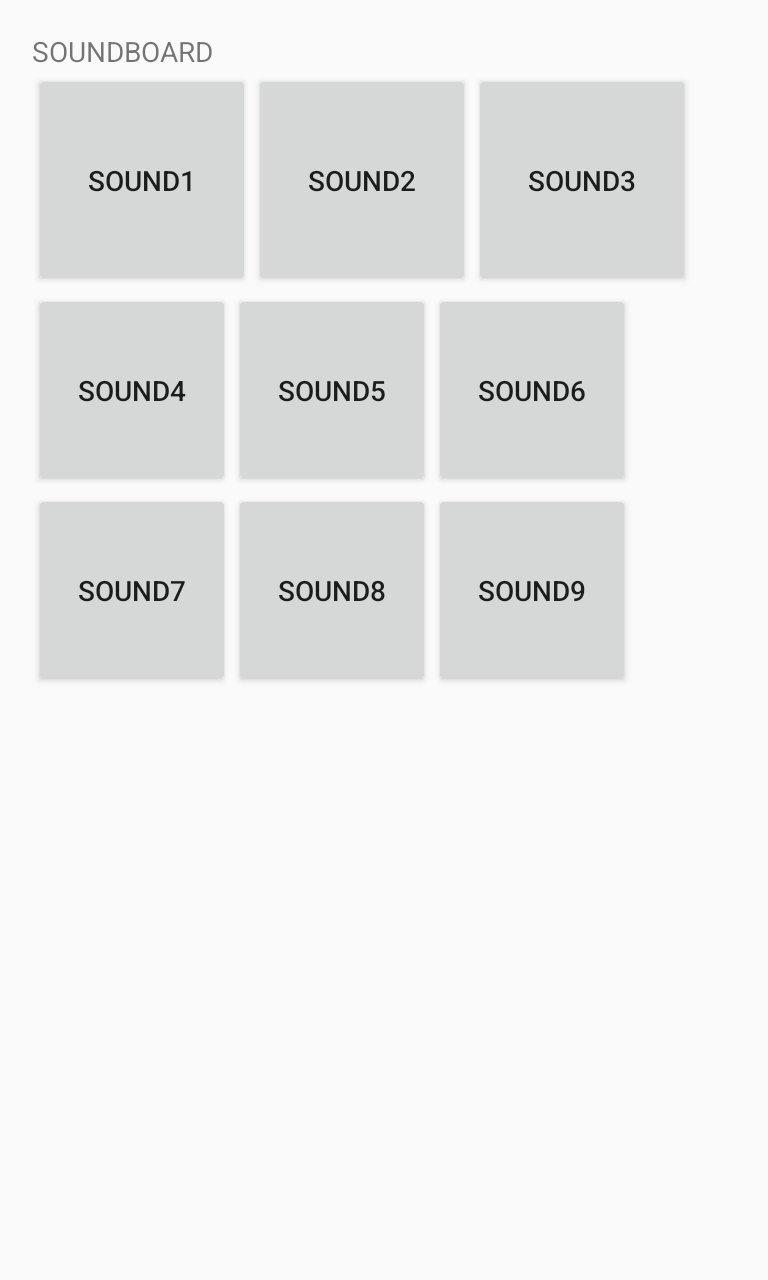
Repository: SoundBoardJAMJ/Project
Layout: workspace/soundtest/res/layout/fragment_main.xml
These files come from the project's save history. The layout is drawn as it stood at one moment and after the next save; the edit follows.
It is drawn on a 768 x 1280 px phone screen (xhdpi) without system bars, with theme AppTheme; the app's code is not run.

Above is the layout before, as saved 2014-04-28 23:25:25.

After the next save:
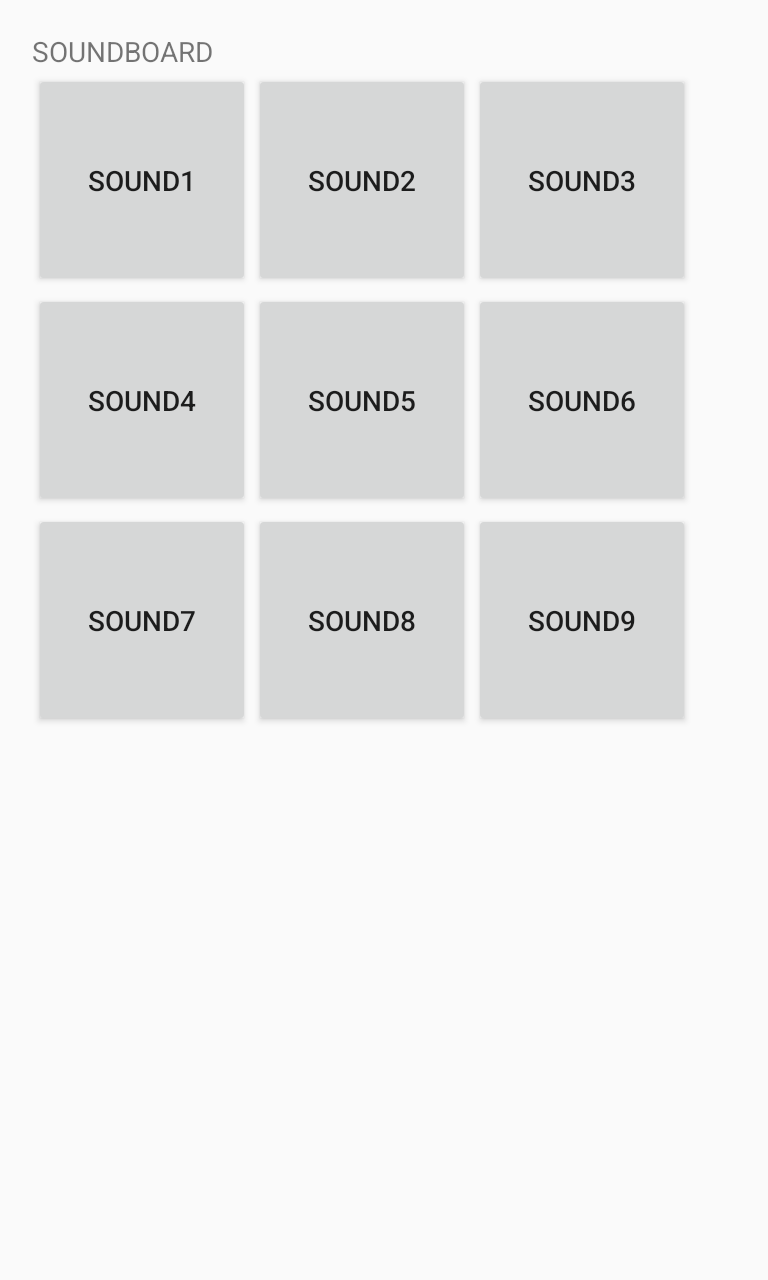
Saved 114 s later.
--- a/workspace/soundtest/res/layout/fragment_main.xml
+++ b/workspace/soundtest/res/layout/fragment_main.xml
@@ -49,8 +49,8 @@ android:layout_height="match_parent" >
 
     <Button
         android:id="@+id/button8"
-        android:layout_width="100dp"
-        android:layout_height="100dp"
+        android:layout_width="110dp"
+        android:layout_height="110dp"
         android:layout_alignBaseline="@+id/button7"
         android:layout_alignBottom="@+id/button7"
         android:layout_toRightOf="@+id/button4"
@@ -59,8 +59,8 @@ android:layout_height="match_parent" >
 
     <Button
         android:id="@+id/button7"
-        android:layout_width="100dp"
-        android:layout_height="100dp"
+        android:layout_width="110dp"
+        android:layout_height="110dp"
         android:layout_below="@+id/button4"
         android:layout_toLeftOf="@+id/button8"
         android:onClick="ButtonOnClick"
@@ -68,26 +68,17 @@ android:layout_height="match_parent" >
 
     <Button
         android:id="@+id/button4"
-        android:layout_width="100dp"
-        android:layout_height="100dp"
+        android:layout_width="110dp"
+        android:layout_height="110dp"
         android:layout_alignLeft="@+id/button1"
         android:layout_below="@+id/button1"
         android:onClick="ButtonOnClick"
         android:text="sound4" />
 
     <Button
-        android:id="@+id/button5"
-        android:layout_width="100dp"
-        android:layout_height="100dp"
-        android:layout_above="@+id/button8"
-        android:layout_alignLeft="@+id/button8"
-        android:onClick="ButtonOnClick"
-        android:text="sound5" />
-
-    <Button
         android:id="@+id/button6"
-        android:layout_width="100dp"
-        android:layout_height="100dp"
+        android:layout_width="110dp"
+        android:layout_height="110dp"
         android:layout_alignBaseline="@+id/button5"
         android:layout_alignBottom="@+id/button5"
         android:layout_toRightOf="@+id/button5"
@@ -96,12 +87,21 @@ android:layout_height="match_parent" >
 
     <Button
         android:id="@+id/button9"
-        android:layout_width="100dp"
-        android:layout_height="100dp"
+        android:layout_width="110dp"
+        android:layout_height="110dp"
         android:layout_alignBaseline="@+id/button8"
         android:layout_alignBottom="@+id/button8"
         android:layout_alignLeft="@+id/button6"
         android:text="sound9" />
 
+    <Button
+        android:id="@+id/button5"
+        android:layout_width="110dp"
+        android:layout_height="110dp"
+        android:layout_below="@+id/button1"
+        android:layout_toRightOf="@+id/button1"
+        android:onClick="ButtonOnClick"
+        android:text="sound5" />
+
 </RelativeLayout>
 </ScrollView>
